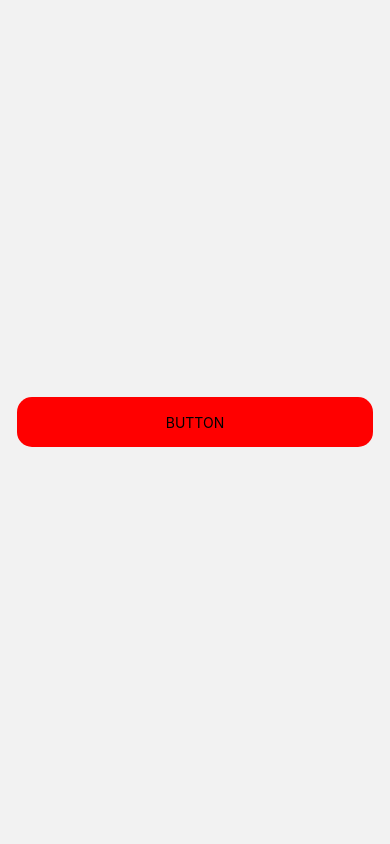
Repository: hungdomanh95/setuptheme
Screen: /
These files come from the project's save history. The screen is drawn as it stood at one moment and after the next save; the edit follows.
The app was drawn by React Native's web renderer in a window 390 px wide. The project was rebuilt for these pictures with package versions that can differ from the ones it lists, and the page was loaded fresh each time. Also part of the build but not shown: src/components/Fade/index.js, src/components/Slide/index.js.

Above is the screen before, as saved 2022-05-17 10:14:42.

After the next save:
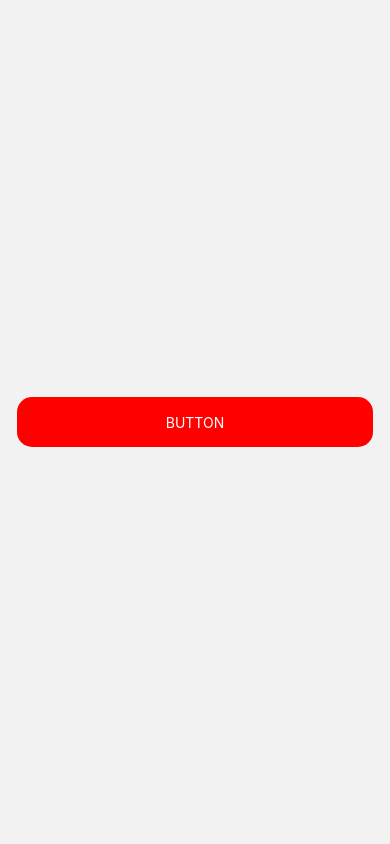
Saved 8 s later.
--- a/src/components/RNButton/index.js
+++ b/src/components/RNButton/index.js
@@ -6,7 +6,7 @@ const RNButton = (props) => {
   const {text} = props
   return (
     <View style={styles.container}>
-      <Text>{text}</Text>
+      <Text style={styles.text}>{text}</Text>
     </View>
   )
 }
